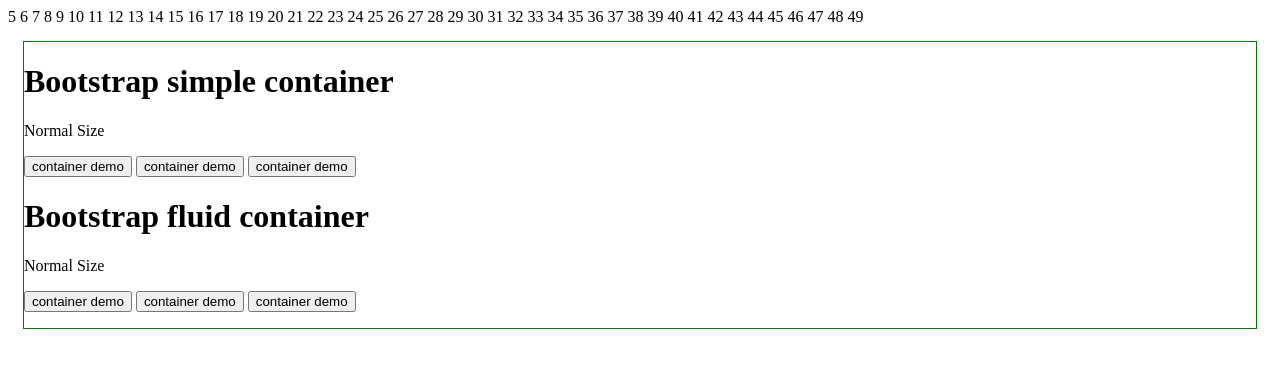
Repository: Darshanjain209/Project_3
Page: http://localhost/project_3/jsp/contenar.jsp
An editor plug-in stored every save of this project. The page is shown before and after the next save, followed by the edit.
The browser window is 1280 px wide. The pictures show the whole page.
The page is served by Tomcat 9. Other server files are loaded and not shown.

Above is the page before, as saved 2023-08-18 06:20:00.

### ORSProject3/project_3/src/main/webapp/jsp/contenar.jsp
<%@ page language="java" contentType="text/html; charset=ISO-8859-1"
    pageEncoding="ISO-8859-1"%>
<!DOCTYPE html>
<html>
<head>
<meta charset="ISO-8859-1">
<title>Insert title here</title>
</head>
<body>

5
6
7
8
9
10
11
12
13
14
15
16
17
18
19
20
21
22
23
24
25
26
27
28
29
30
31
32
33
34
35
36
37
38
39
40
41
42
43
44
45
46
47
48
49
<div style="border: 1px solid green;margin: 15px;">

    <div class="container">

       <div class="col-md-6">

        <h1>Bootstrap simple container</h1>

        <p>Normal Size</p>

        <p>

          <button type="button" class="btn btn-primary">container demo</button>

          <button type="button" class="btn btn-danger">container demo</button>

          <button type="button" class="btn btn-warning">container demo</button>

        </p>

       </div>

  </div>

    <div class="container-fluid">

       <div class="col-md-6">

        <h1>Bootstrap fluid container</h1>

        <p>Normal Size</p>

        <p>

          <button type="button" class="btn btn-primary">container demo</button>

          <button type="button" class="btn btn-danger">container demo</button>

          <button type="button" class="btn btn-warning">container demo</button>

        </p>

       </div>

  </div>



</div>
</body>
</html>

After the next save:
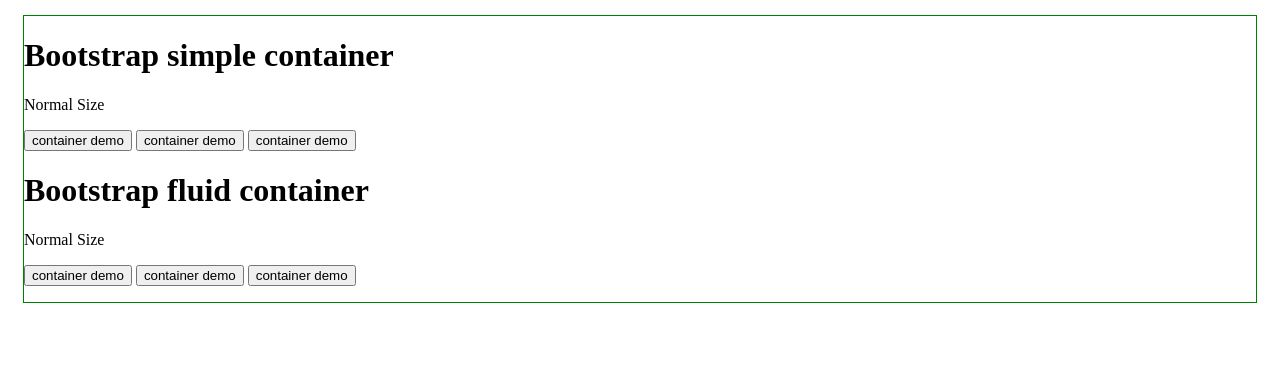
Saved 20 s later.
--- a/ORSProject3/project_3/src/main/webapp/jsp/contenar.jsp
+++ b/ORSProject3/project_3/src/main/webapp/jsp/contenar.jsp
@@ -8,51 +8,7 @@
 </head>
 <body>
 
-5
-6
-7
-8
-9
-10
-11
-12
-13
-14
-15
-16
-17
-18
-19
-20
-21
-22
-23
-24
-25
-26
-27
-28
-29
-30
-31
-32
-33
-34
-35
-36
-37
-38
-39
-40
-41
-42
-43
-44
-45
-46
-47
-48
-49
+
 <div style="border: 1px solid green;margin: 15px;">
 
     <div class="container">
